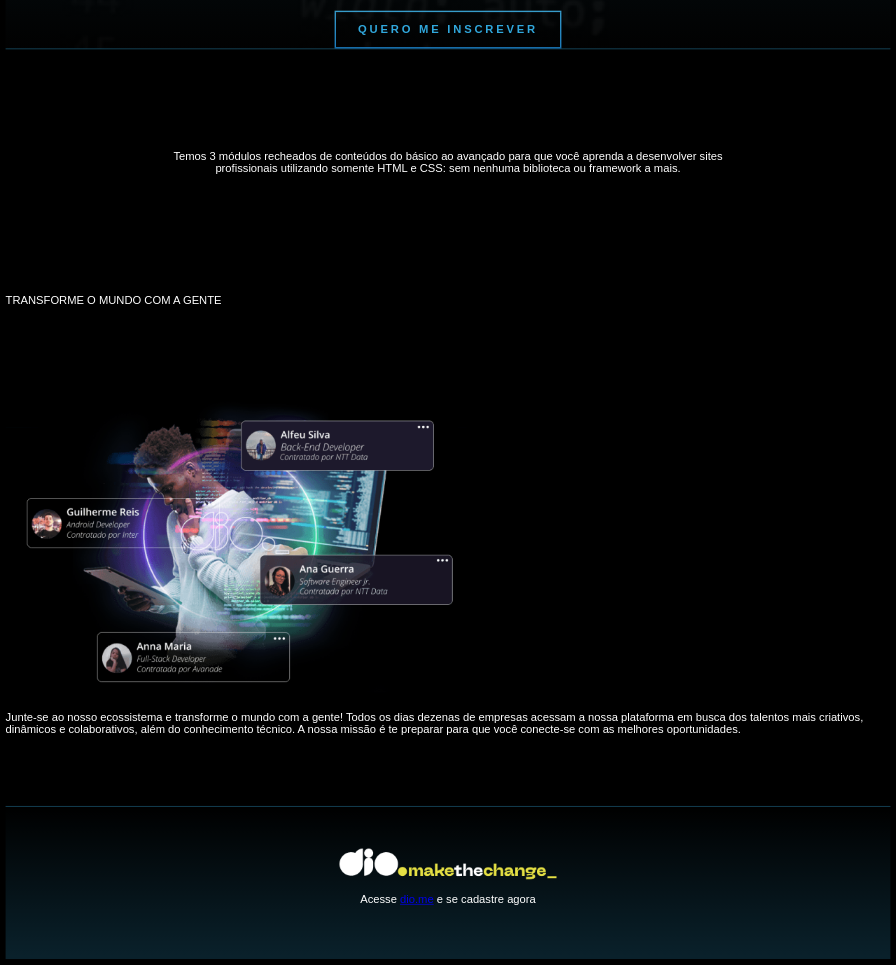
Repository: Zoemateus324/landing-page
Page: index.html
These files come from the project's save history. The page is drawn as it stood at one moment and after the next save; the edit follows.
The browser window is 1280 px wide. The pictures show the part of the page from y = 1036 to 2956 px (the page is 2414 px tall before and 2956 px after), at 70% of full size.

Above is the page before, as saved 2024-11-23 11:08:43.

After the next save:
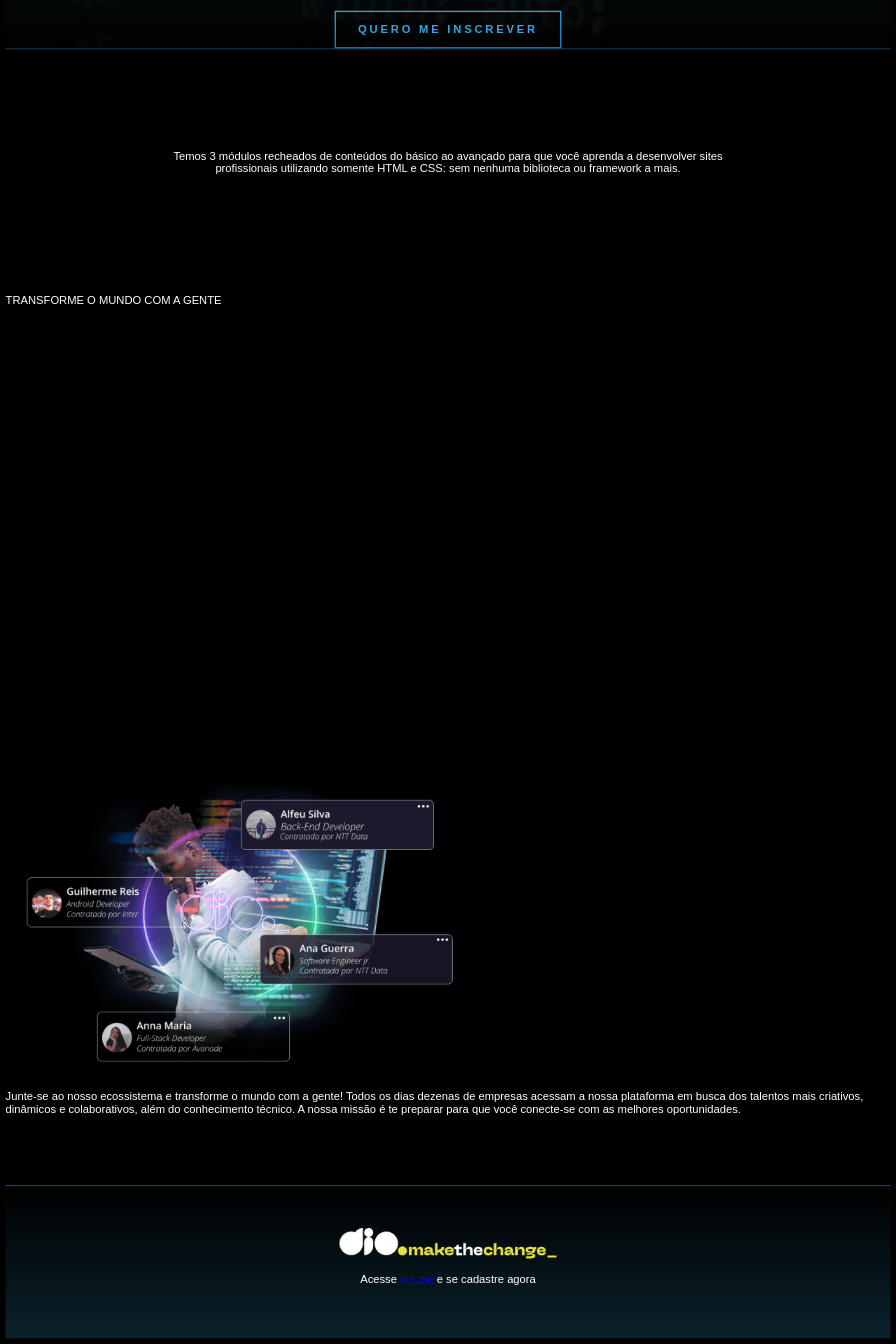
Saved 14 s later.
--- a/index.html
+++ b/index.html
@@ -5,7 +5,7 @@
     <meta charset="UTF-8">
     <meta http-equiv="X-UA-Compatible" content="IE=edge">
     <meta name="viewport" content="width=device-width, initial-scale=1.0">
-    <link rel="stylesheet" href="./assets/styles.css">
+    <link rel="stylesheet" href="styles.css">
     <title>Trilha de CSS - DIO</title>
 </head>
 
